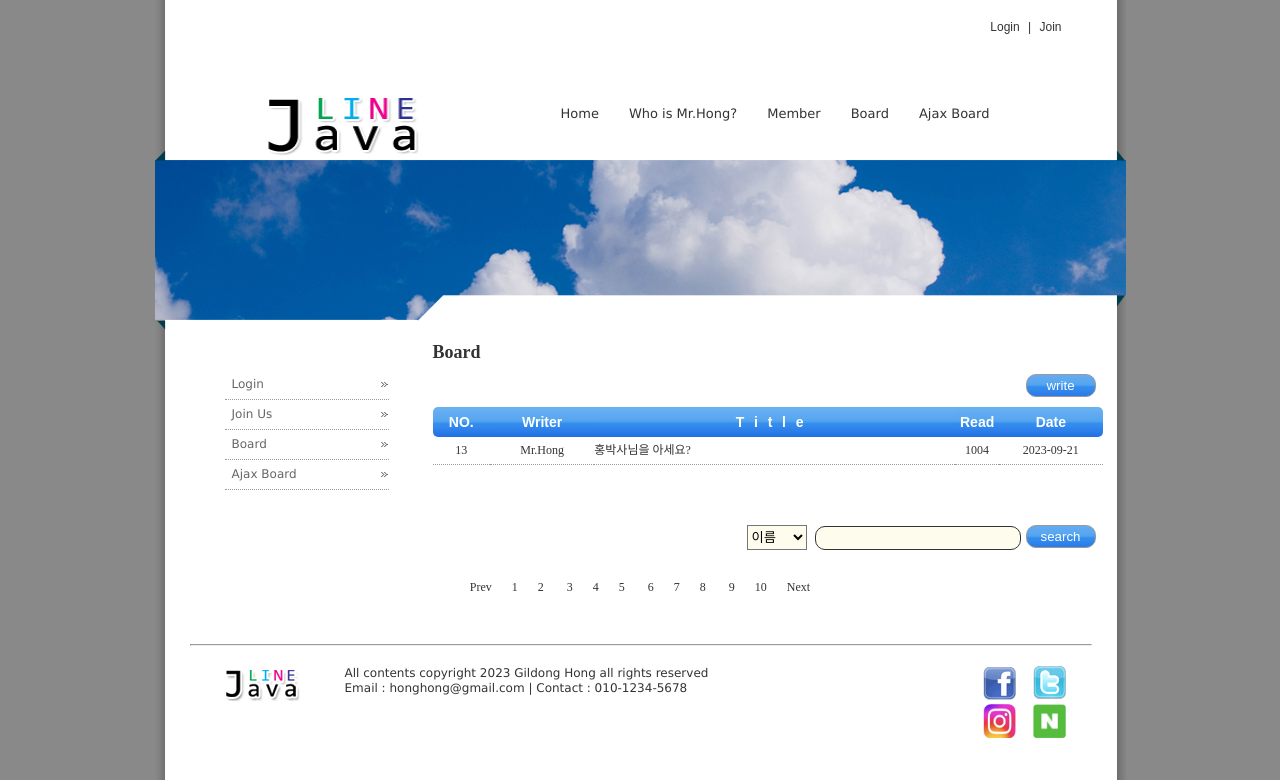
Repository: JIYEON25/model
Page: model1/myJSP/myHTML/src/main/webapp/mainpage.html
These files come from the project's save history. The page is drawn as it stood at one moment and after the next save; the edit follows.
The browser window is 1280 px wide. The pictures show the whole page.

Above is the page before, as saved 2023-09-20 12:21:11.

After the next save:
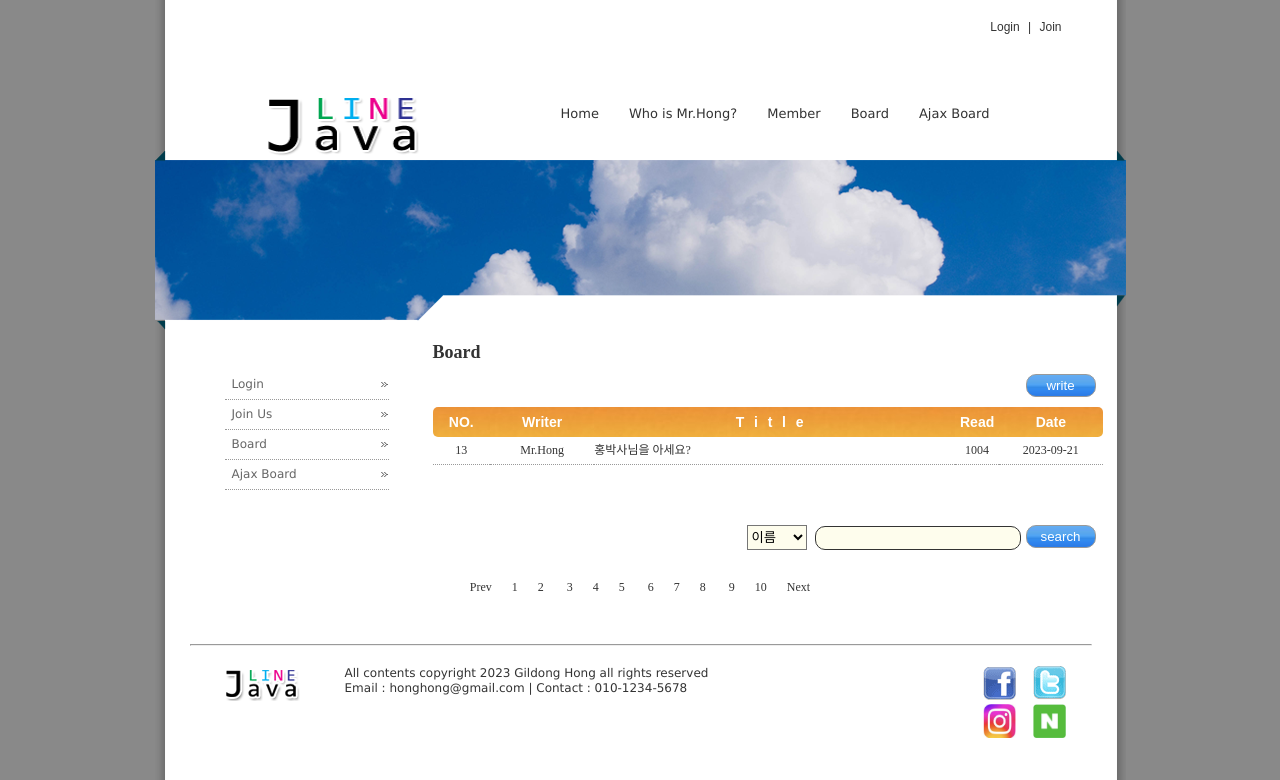
Saved 5 min 40 s later.
--- a/model1/myJSP/myHTML/src/main/webapp/css/subpage.css
+++ b/model1/myJSP/myHTML/src/main/webapp/css/subpage.css
@@ -15,7 +15,7 @@
 	padding: 5px; 									/* 글꼴과 전체 셀과의 간격 미세 조정 */
 	background-repeat: repeat-x;
 	background-position: center center;
-	background-image: url(../images/t_back.jpg); 	/* 배경 지정 */
+	background-image: url(../images/board_back.jpg); 	/* 배경 지정 */
 	color: #FFF; 									/* 글꼴 색 지정 */
 }
 
